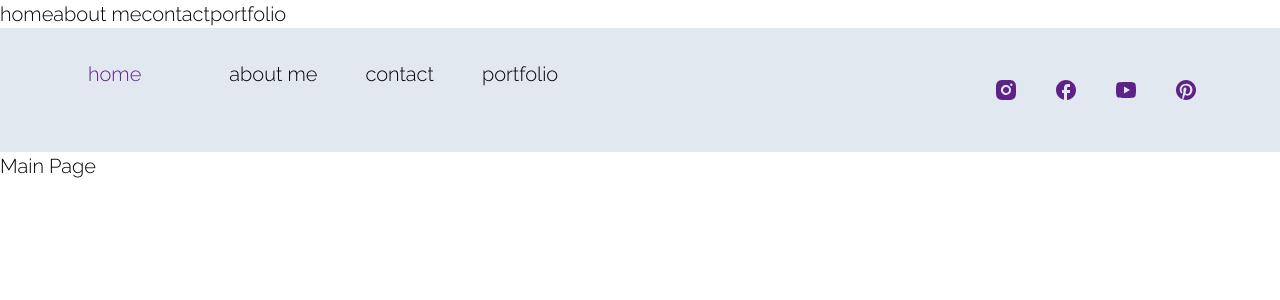
Repository: hubertrh/klaudia-personal-next
Page: /
These files come from the project's save history. The page is drawn as it stood at one moment and after the next save; the edit follows.
The browser window is 1280 px wide. The pictures show the whole page.
The project was rebuilt for these pictures with package versions that can differ from the ones it lists, and the page was loaded fresh each time. The framework's server and built-in components were replaced by stand-ins that run in the browser. Also part of the build but not shown: next.config.js.

Above is the page before, as saved 2023-08-11 18:05:50.

### app/layout.tsx
import './globals.css';
import type { Metadata } from 'next';
import { Inter } from 'next/font/google';
import Link from 'next/link';

const inter = Inter({ subsets: ['latin'] });

export const metadata: Metadata = {
  title: 'Klaudia Rogala-Haracz',
  description: 'Portrait and reportage photography. Based in London.',
};

export default function RootLayout({
  children,
}: {
  children: React.ReactNode;
}) {
  return (
    <html lang="en">
      <body className={inter.className}>
        <header>
          <nav>
            <Link href="#!">home</Link>
            <Link href="#!">about me</Link>
            <Link href="#!">contact</Link>
            <Link href="#!">portfolio</Link>
          </nav>
          <div></div>
        </header>
        {children}
      </body>
    </html>
  );
}

### app/(site)/layout.tsx
import '../globals.css';
import type { Metadata } from 'next';
import { Raleway } from 'next/font/google';
import Image from 'next/image';
import Link from 'next/link';
import igIcon from '@/public/icons/ig-icon.svg';
import fbIcon from '@/public/icons/fb-icon.svg';
import ytIcon from '@/public/icons/yt-icon.svg';
import pinIcon from '@/public/icons/pin-icon.svg';

const raleway = Raleway({ weight: '300', subsets: ['latin'] });

export const metadata: Metadata = {
  title: 'Klaudia Rogala-Haracz',
  description: 'Portrait and reportage photography. Based in London.',
};

export default function RootLayout({
  children,
}: {
  children: React.ReactNode;
}) {
  return (
    <html lang="en">
      <body className={`${raleway.className} text-xl`}>
        <header className="flex justify-between bg-slate-200 px-16 py-8">
          <nav className="nav">
            <Link className="!ml-0 !mr-10 text-primary" href="/">
              home
            </Link>
            <Link href="#!">about me</Link>
            <Link href="#!">contact</Link>
            <Link href="/portfolio">portfolio</Link>
          </nav>
          <div className="social-icons flex items-center">
            <Link href="https://www.instagram.com/_klaudiarogala/">
              <Image src={igIcon} alt="Instagram icon" />
            </Link>
            <Link href="https://www.facebook.com/klaudiarogalaphotographer/">
              <Image src={fbIcon} alt="Facebook icon" />
            </Link>
            <Link href="https://www.youtube.com/channel/UCyVfMWp16X_wYCG9213YOQw/">
              <Image src={ytIcon} alt="YouTube icon" />
            </Link>
            <Link href="https://www.pinterest.com/zuzannnnaa/">
              <Image src={pinIcon} alt="Pinterest icon" />
            </Link>
            {/* <a class="lang-btn" href="/pl/index.html"><img src="/icons/flag-pl.svg" /></a> */}
          </div>
        </header>
        {children}
      </body>
    </html>
  );
}

### app/(site)/page.tsx
export default function Home() {
  return <div>Main Page</div>;
}

### app/globals.css
@tailwind base;
@tailwind components;
@tailwind utilities;

:root {
  --foreground-rgb: 0, 0, 0;
  --background-rgb: 255, 255, 255;
}

body {
  color: rgb(var(--foreground-rgb));
  background: rgb(var(--background-end-rgb));
}

.nav > * {
  @apply relative px-6 py-6 transition-all duration-300 before:absolute before:bottom-4 before:left-1/2 before:h-[1.5px] before:w-0 before:-translate-x-1/2 before:bg-primary before:transition-all before:duration-300 before:ease-out before:content-[''] hover:text-primary hover:before:w-full;
}

.social-icons > * {
  @apply p-5;
}

### tailwind.config.js
/** @type {import('tailwindcss').Config} */
module.exports = {
  content: [
    './pages/**/*.{js,ts,jsx,tsx,mdx}',
    './components/**/*.{js,ts,jsx,tsx,mdx}',
    './app/**/*.{js,ts,jsx,tsx,mdx}',
  ],
  theme: {
    extend: {
      colors: {
        primary: '#5D2187',
      },
      backgroundImage: {
        'gradient-radial': 'radial-gradient(var(--tw-gradient-stops))',
        'gradient-conic':
          'conic-gradient(from 180deg at 50% 50%, var(--tw-gradient-stops))',
      },
    },
  },
  plugins: [],
};

After the next save:
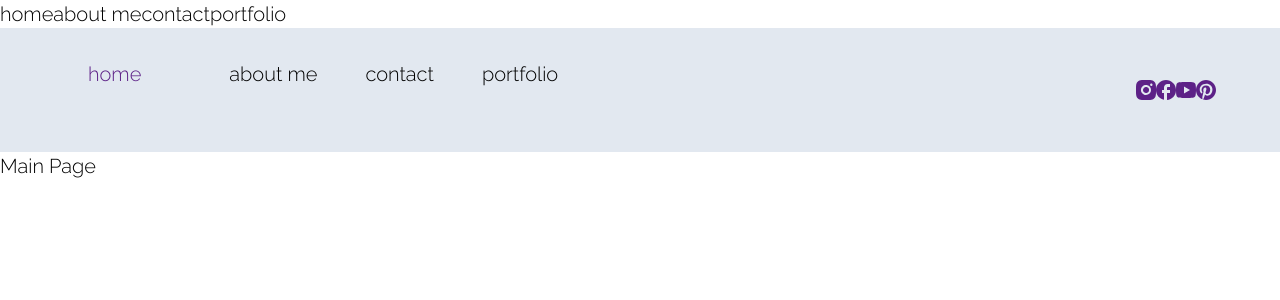
Saved 8 s later.
--- a/app/globals.css
+++ b/app/globals.css
@@ -17,5 +17,5 @@ body {
 }
 
 .social-icons > * {
-  @apply p-5;
+  @apply py-5;
 }
